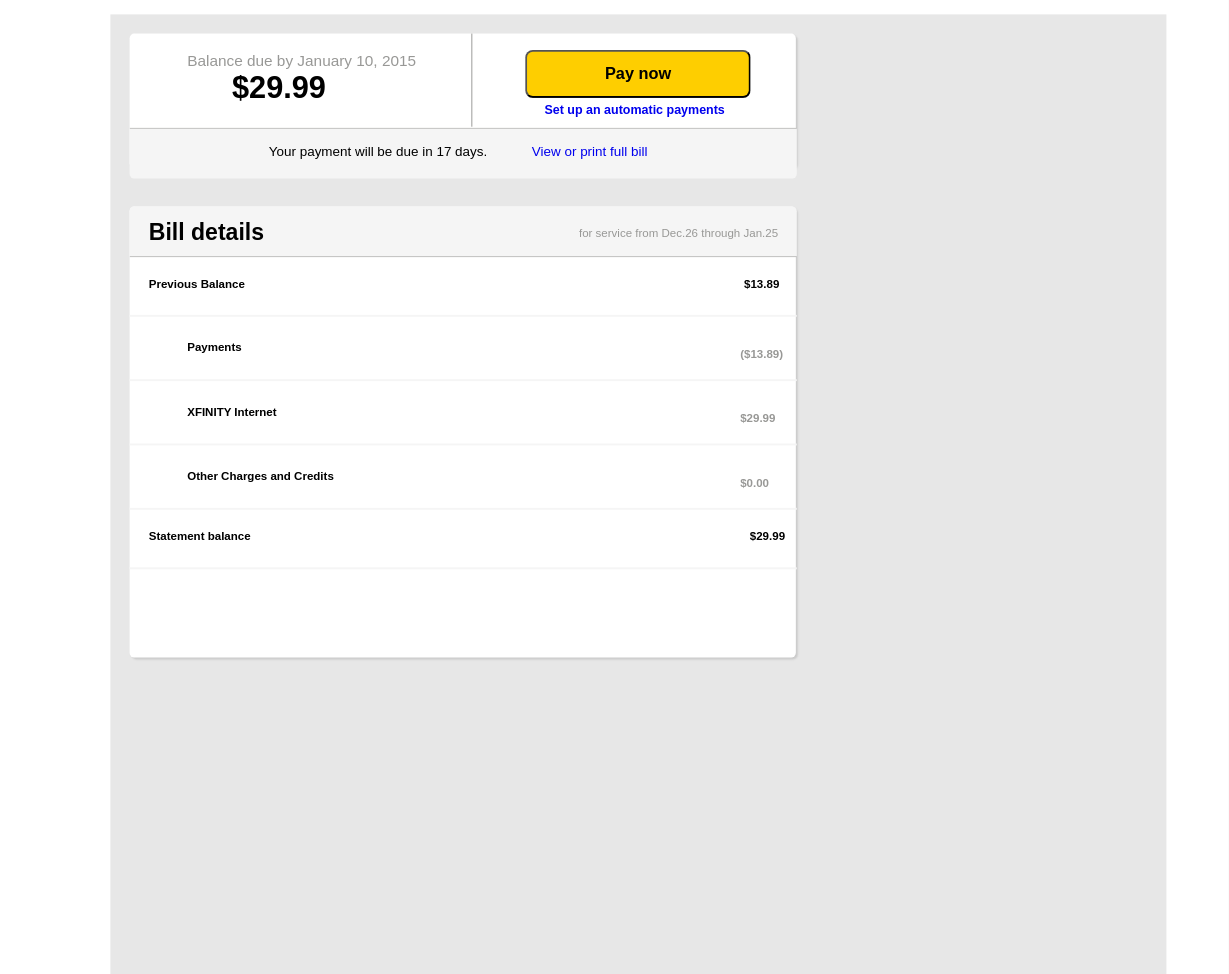
Repository: Sakivaday/UI-TSQ
Page: Aptana Studio 3 Workspace/tsq/assignment3/comcast2.html
The author's editor kept a copy of each file at every save. The page is drawn from the files as they stood at one save, then again after the next save.
The browser window is 1280 px wide. The pictures show the whole page, at 96% of full size.
Pictures or frames that could not be fetched are drawn as grey boxes.

Above is the page before, as saved 2015-01-21 02:59:19.

After the next save:
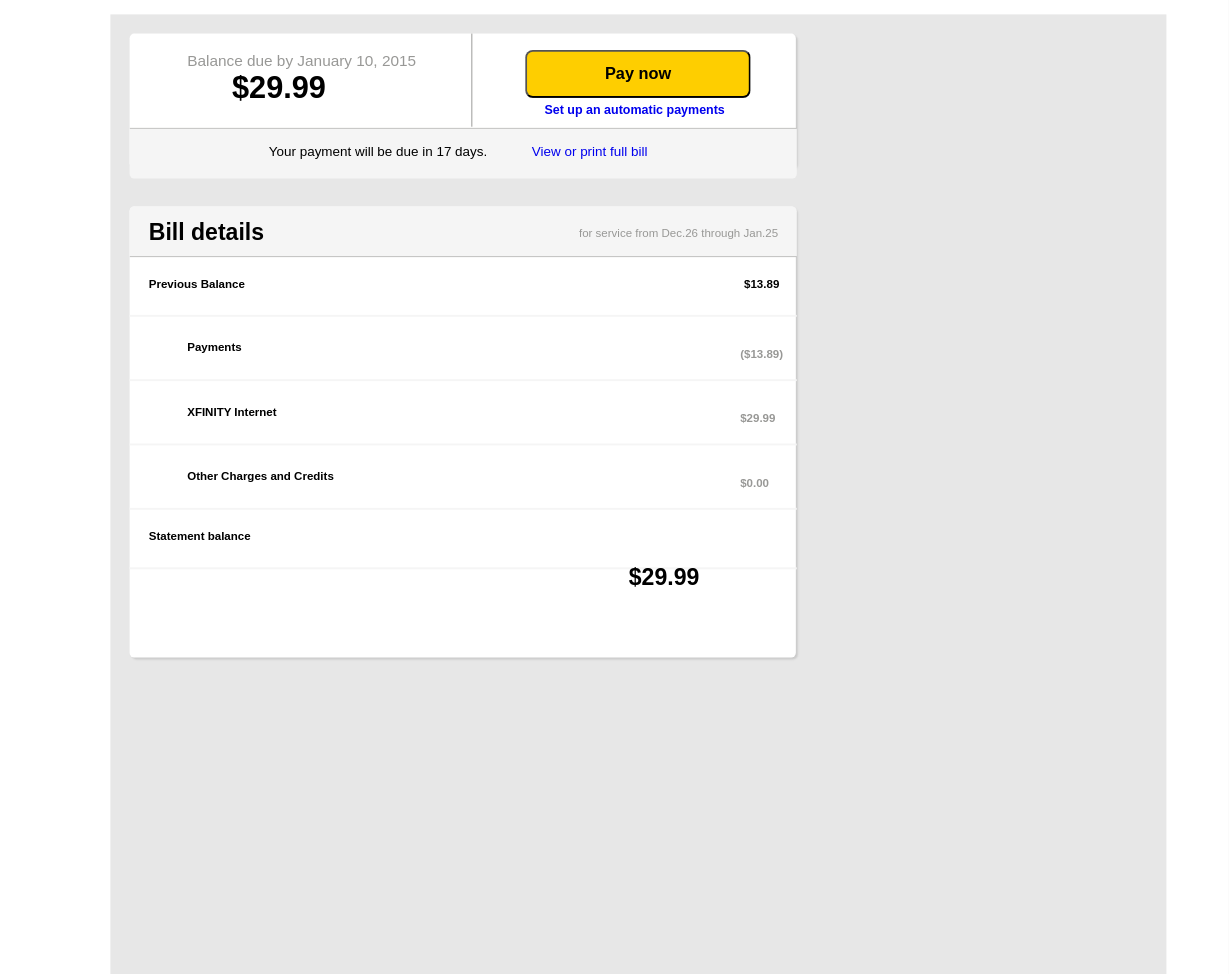
Saved 30 s later.
--- a/Aptana Studio 3 Workspace/tsq/assignment3/comcst2.css
+++ b/Aptana Studio 3 Workspace/tsq/assignment3/comcst2.css
@@ -187,7 +187,5 @@ button{
 #p{
 	margin-left:520px;
 	margin-top: 21px;
-	font-weight:600;
 	float: left;
-	font-size: 12px;
 }
